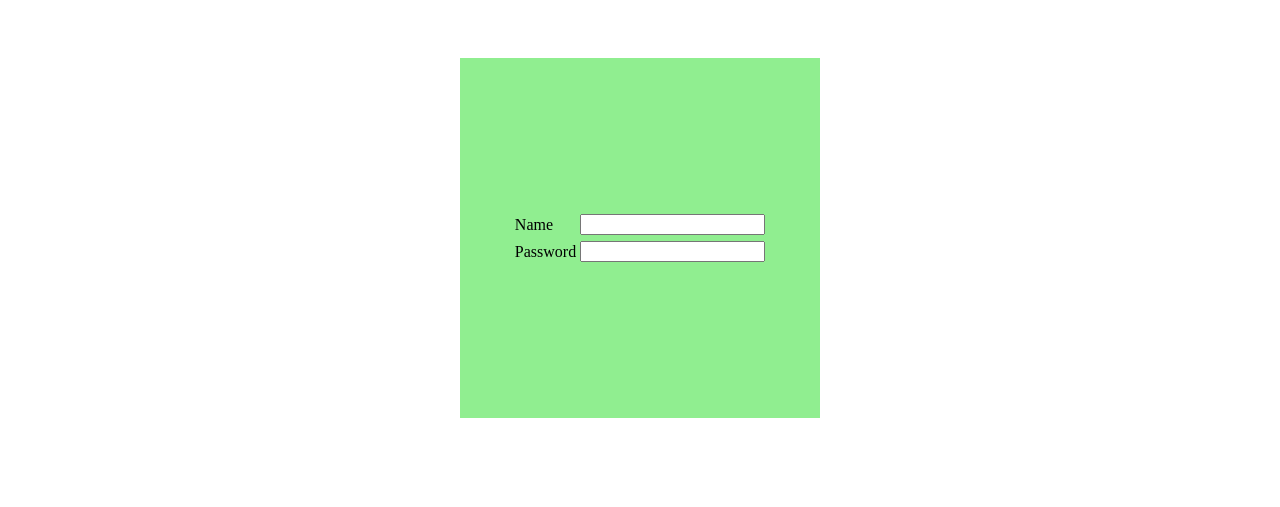
Repository: yash1sh/Java
Page: http://localhost/Servlet_Demo/
These files come from the project's save history. The page is drawn as it stood at one moment and after the next save; the edit follows.
The browser window is 1280 px wide. The pictures show the whole page.
The page is served by Tomcat 9.

Above is the page before, as saved 2022-05-14 09:44:08.

After the next save:
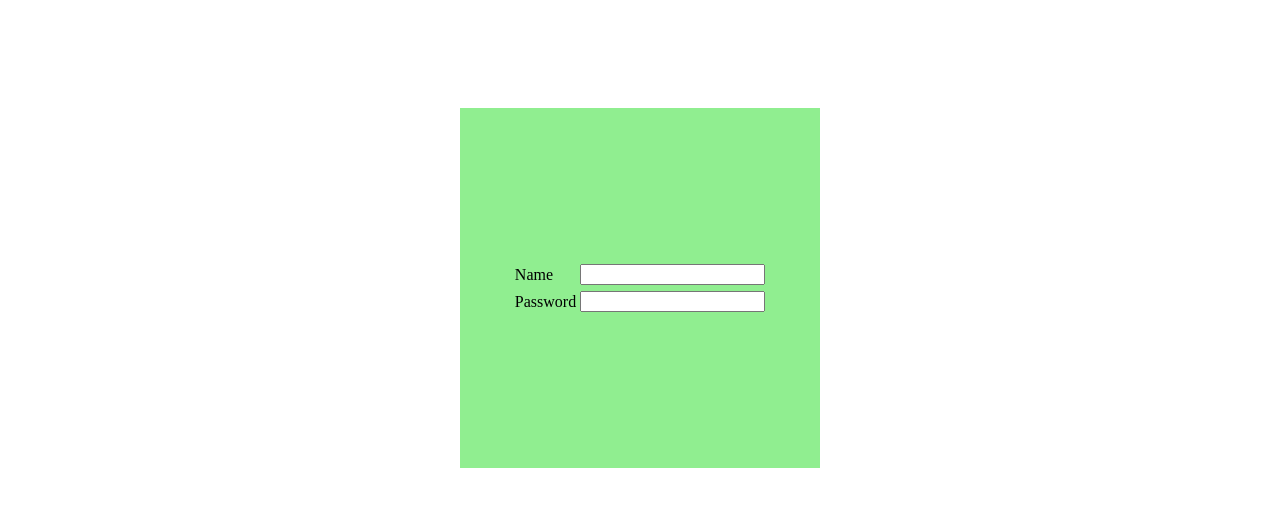
Saved 7 s later.
--- a/Bootcmp/Servlet_Demo/src/main/webapp/indexcss.css
+++ b/Bootcmp/Servlet_Demo/src/main/webapp/indexcss.css
@@ -7,7 +7,7 @@
 	width:50vh;
 	height:50vh;
 	color:black;
-	margin-top: 50px;
+	margin-top: 100px;
 }
 body{
 	display:flex;
